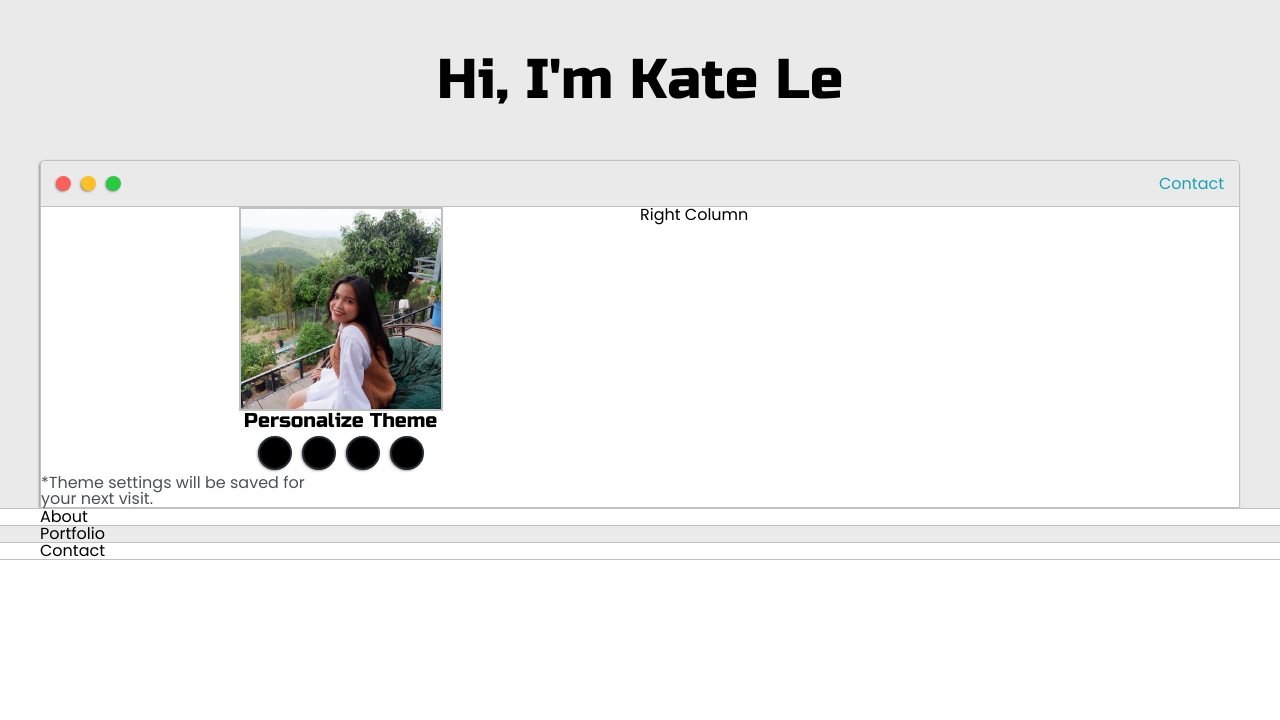
Repository: kate30980/my-persponal-website
Page: index.html
An editor plug-in stored every save of this project. The page is shown before and after the next save, followed by the edit.
The browser window is 1280 px wide. The pictures show the whole page.

Above is the page before, as saved 2021-08-26 21:16:41.

After the next save:
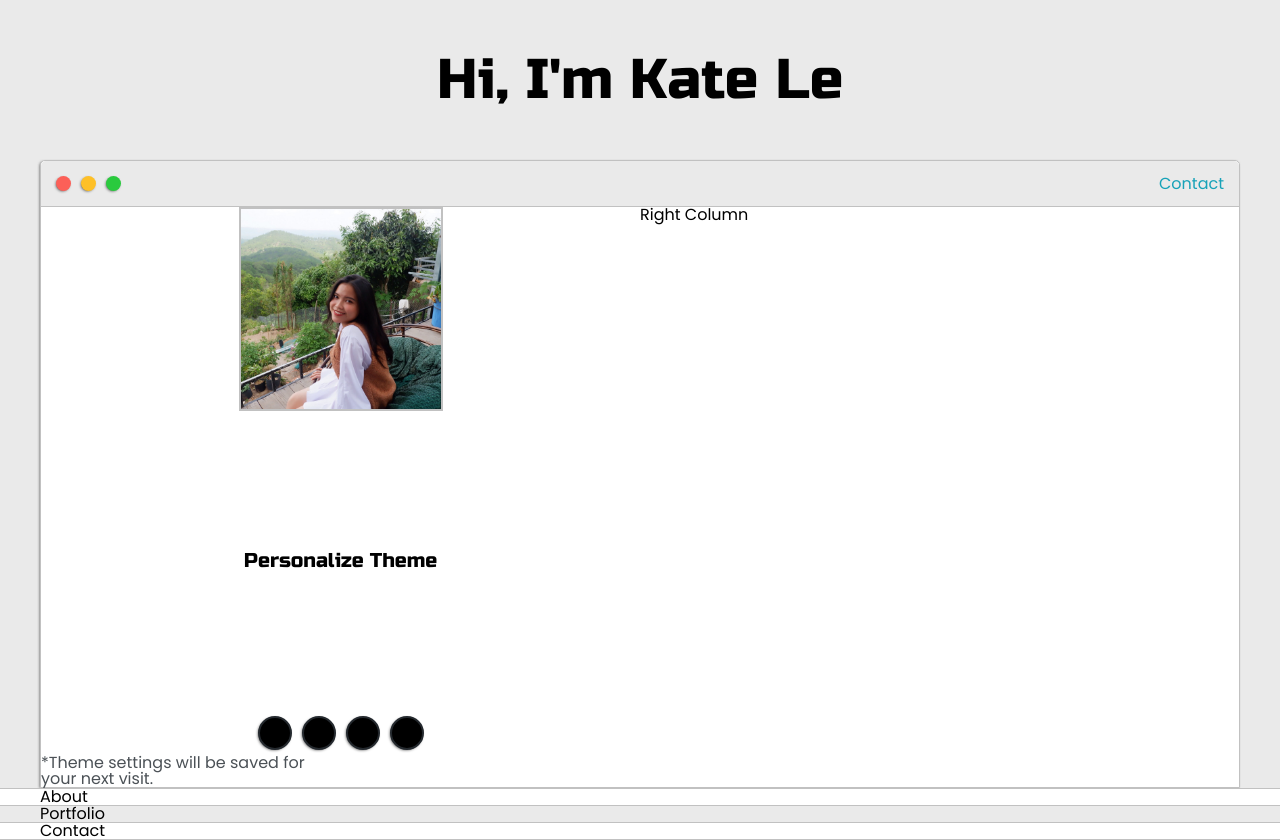
Saved 9 s later.
--- a/index.html
+++ b/index.html
@@ -39,7 +39,7 @@
                 </div>
                 <div class="left-column">
                     <img id="profile-pic" src="./images/IMG_2624.JPG" alt="img-kate">
-                    <h5 style="text-align:center;line-height:0, margin: 150px">Personalize Theme</h5>
+                    <h5 style="text-align:center;line-height:0; margin: 150px">Personalize Theme</h5>
 
                     <div id="theme-options-wrapper">
                         <div id="light-mode" class="theme-dot"></div>
